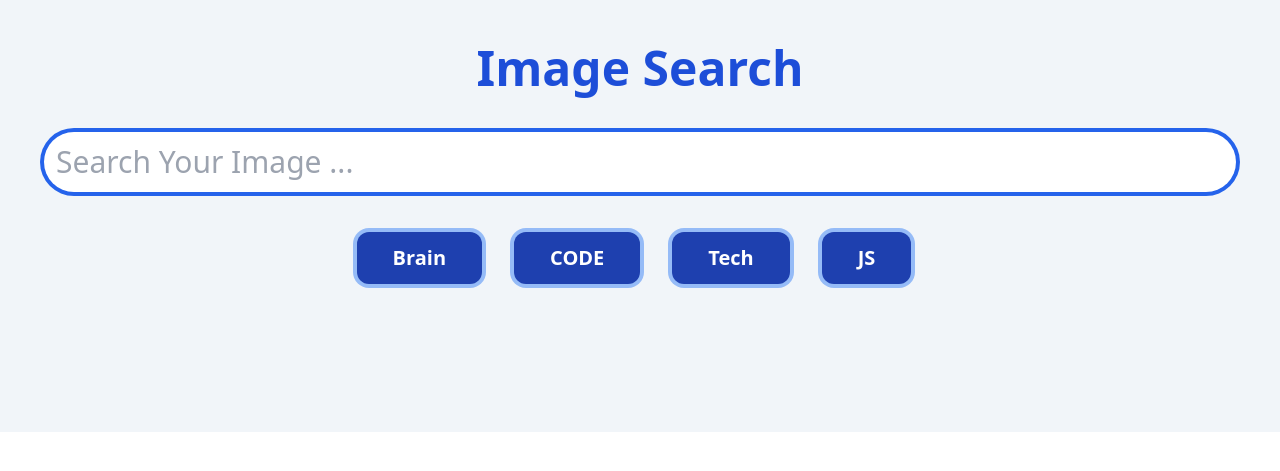
Repository: rkrukshan/react-image-gallery
Page: /
An editor plug-in stored every save of this project. The page is shown before and after a run of saves, followed by the edit.
The browser window is 1280 px wide. The pictures show the whole page.
The project was rebuilt for these pictures with package versions that can differ from the ones it lists, and the page was loaded fresh each time. Also part of the build but not shown: vite.config.js.

Above is the page before, as saved 2025-01-07 21:10:36.

After the next 2 saves:
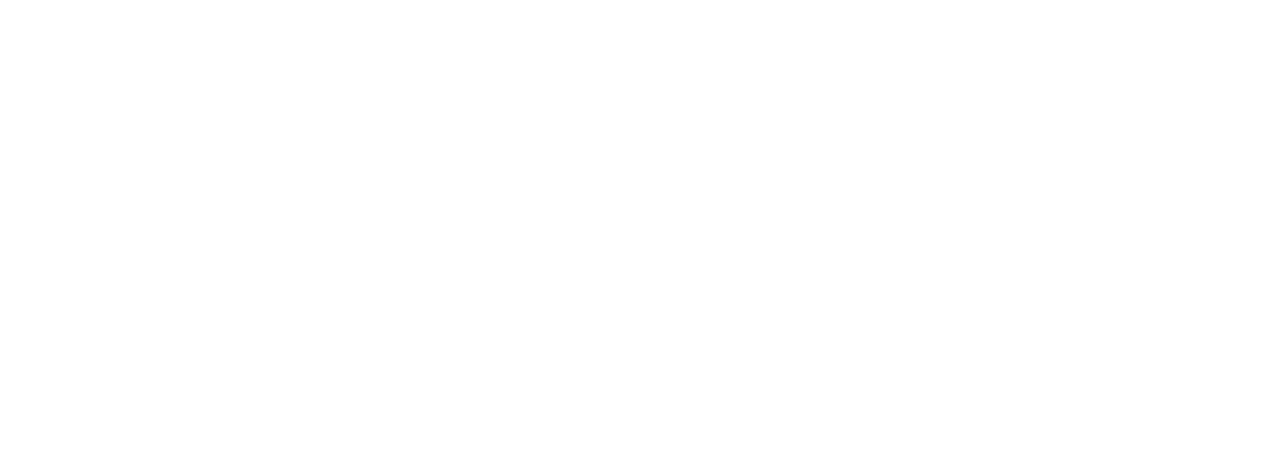
Console error: ReferenceError: log is not defined
The 2 saves are shown as one change because they came seconds apart.
The last was saved 6 min 14 s later.
--- a/src/assets/components/Gallery.jsx
+++ b/src/assets/components/Gallery.jsx
@@ -41,7 +41,7 @@
   };
 
 
-
+ log
 
   return (
     <>

After the 2 saves that followed:
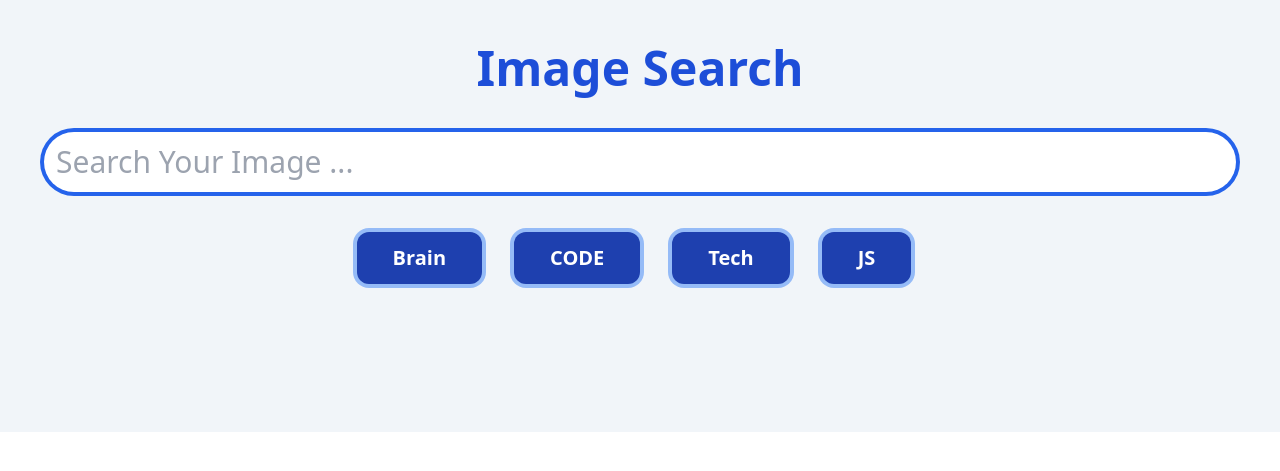
The error is gone.
The 2 saves are shown as one change because they came seconds apart.
The last was saved 9 s later.
--- a/src/assets/components/Gallery.jsx
+++ b/src/assets/components/Gallery.jsx
@@ -41,7 +41,8 @@
   };
 
 
- log
+ console.log(pge);
+
 
   return (
     <>
